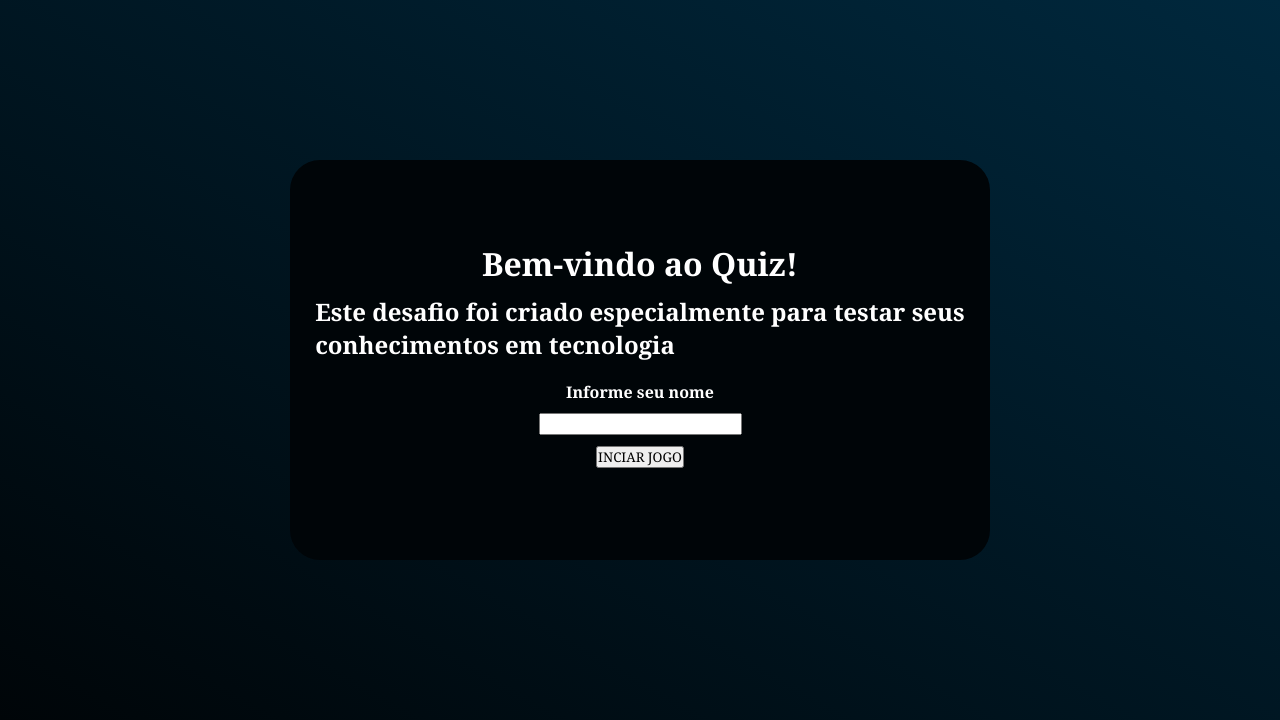
Repository: LaisSilvaO/Projeto-Quizz
Page: telas/apresentação.html
The author's editor kept a copy of each file at every save. The page is drawn from the files as they stood at one save, then again after the next save.
The browser window is 1280 px wide. The pictures show the whole page.

Above is the page before, as saved 2024-12-25 21:41:39.

### telas/apresentação.html
<!DOCTYPE html>
<html lang="pt-br">

<head>
    <meta charset="UTF-8">
    <meta name="viewport" content="width=device-width, initial-scale=1.0">
    <title>Quiz</title>
    <link rel="stylesheet" href="../img/tela.css">
</head>

<body>
    <div class="box1">
        <div class="box2">

            <h1> Bem-vindo ao Quiz!</h1>

            <h2>Este desafio foi criado especialmente para testar seus <br>conhecimentos em tecnologia</h2>
            </h2>
            <h4>Informe seu nome </h4>
            <input type="text" id="nome">
            <A href="index.html">
                <h4><button>INCIAR JOGO</button></h4>
            </A>

        </div>
    </div>

</body>

</html>

### img/tela.css
* {
  margin: 0;
  padding: 0;
  box-sizing: border-box;
  font-family: Cambria, Cochin, Georgia, Times, 'Times New Roman', serif;
}

body {
  height: 100vh;
  display: flex;
  justify-content: center;
  align-items: center;
  flex-direction: column;
  background: linear-gradient(210deg, #00283d, #000508);
}

main {
  background-color: white;
  padding: 10px;
  border-radius: 10px;
  width: 100%;
  max-width: 600px;
  min-height: 400px;
  display: flex;
  justify-content: center;
  align-items: center;
}

.box1{
  position: relative;
  width: 700px;
  height: 410px;

  border-radius: 30px;
  display: flex;
  justify-content: center;
  align-items: center;
  flex-direction: column;
  overflow: hidden;

}
.box2 {
  position: relative;
  width: 700px;
  height: 400px;
  background-color: #000508;
  border-radius: 30px;
  display: flex;
  justify-content: center;
  align-items: center;
  flex-direction: column;
  overflow: hidden;
  color: white;
}

/* Borda animada externa */
.box1::before {
  content: '';
  position: absolute;
  top: 0;
  left: 0;
  width: 100%;
  height: 100%;
  border-radius: 30px;
  border: 0px solid transparent; /* Espessura da borda aumentada */
  background-image: linear-gradient(to bottom, #157815, #93b608);
  background-size: 400%; /* Aumenta o tamanho da animação da borda */
  animation: borderAnimation 6s linear  infinite ;
  z-index: -1; /* Garante que a borda fique atrás do conteúdo */
}

@keyframes borderAnimation {
  0% {
    top: 0px;
    left: 0px;
}
25% {
    top: 0px;
    left: 700px; /* Canto superior direito */
}
50% {
    top: 0px;
    left: 0px; /* Canto inferior direito */
}
75% {
    top: 700px;
    left: 0px; /* Canto inferior esquerdo */
}
100% {
    top: 700px;
    left: 0px;  /* Retorna ao canto superior esquerdo */
}
}

h2{
  padding: 10px;
}
h4{
  padding: 10px;
}

After the next save:
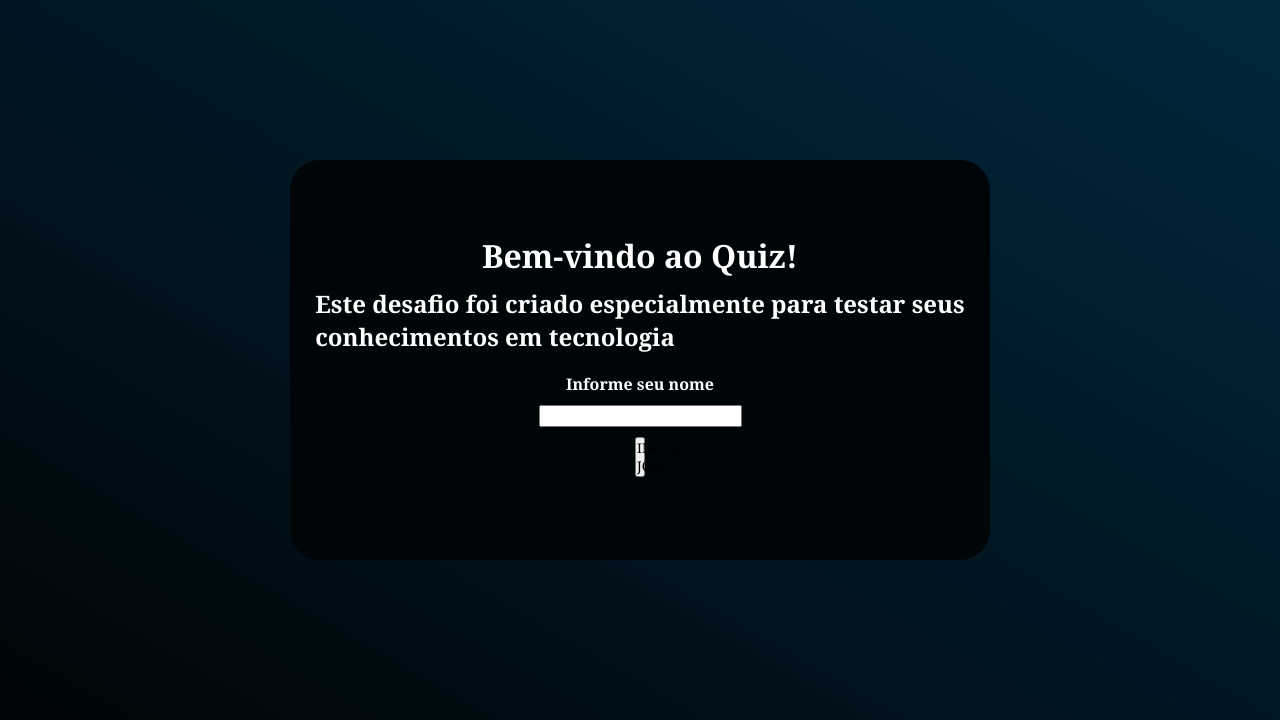
Saved 38 s later.
--- a/img/tela.css
+++ b/img/tela.css
@@ -98,3 +98,6 @@ h2{
 h4{
   padding: 10px;
 }
+button{
+  width: 10px;
+}
